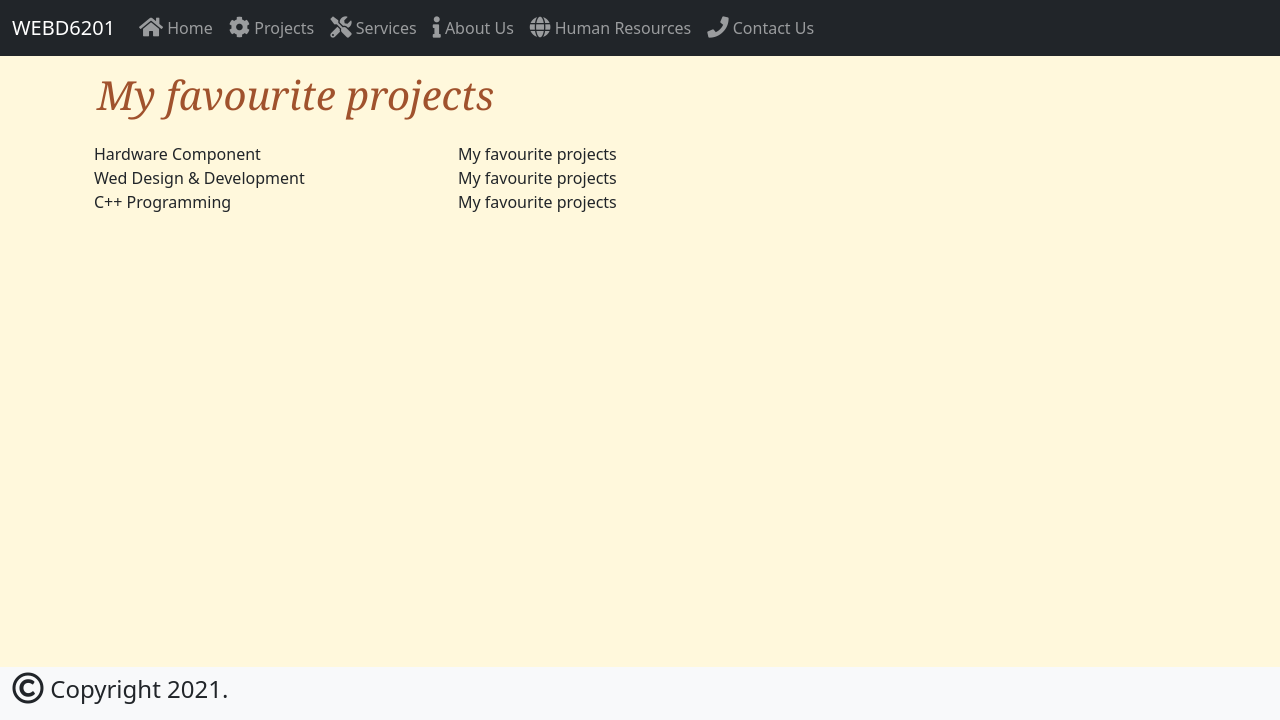
Repository: YiuWingLau/WEBD6201-W2021-Lab1
Page: projects.html
These files come from the project's save history. The page is drawn as it stood at one moment and after the next save; the edit follows.
The browser window is 1280 px wide. The pictures show the whole page.

Above is the page before, as saved 2021-02-04 20:40:31.

### projects.html
<!DOCTYPE html>
<html lang="en">
<head>
    <meta charset="UTF-8">
    <meta name="viewport" content="width=device-width, initial-scale=1.0">
    <title>Projects</title>

    <!--CSS Section -->
    <link rel="stylesheet" href="./node_modules/bootstrap/dist/css/bootstrap.min.css">
    <link rel="stylesheet" href="./node_modules/@fortawesome//fontawesome-free/css/all.min.css">
    <link rel="stylesheet" href="./Content/app.css">
</head>
<body>
    <!-- Main Header-->
    <header>
      <!-- Main Navigation-->
      <nav class="navbar navbar-expand-lg navbar-dark bg-dark">
          <div class="container-fluid">
            <a class="navbar-brand" href="index.html">WEBD6201</a>
            <button class="navbar-toggler" type="button" data-bs-toggle="collapse" data-bs-target="#navbarSupportedContent" aria-controls="navbarSupportedContent" aria-expanded="false" aria-label="Toggle navigation">
              <span class="navbar-toggler-icon"></span>
            </button>
            <div class="collapse navbar-collapse" id="navbarSupportedContent">
              <ul class="navbar-nav me-auto mb-2 mb-lg-0">

                <li id="navBarIndex" class="nav-item">
                  <a class="nav-link" aria-current="page" href="index.html"><i class="fas fa-home fa-lg"></i> Home</a>
                </li>

                <li id="navBarProjects" class="nav-item">
                  <a class="nav-link active" aria-current="page" href="products.html"><i class="fas fa-cog fa-lg"></i> Products</a>
                </li>

                <li id="navBarServices" class="nav-item">
                  <a class="nav-link" aria-current="page" href="services.html"><i class="fas fa-tools fa-lg"></i> Services</a>
                </li>

                <li id="navBarAboutUs" class="nav-item">
                  <a class="nav-link" aria-current="page" href="about.html"><i class="fas fa-info fa-lg"></i> About Us</a>
                </li>

                <li id="navBarContactUs" class="nav-item">
                  <a class="nav-link" aria-current="page" href="contact.html"><i class="fas fa-phone fa-lg"></i> Contact Us</a>
                </li>

              </ul>
            </div>
          </div>
      </nav>
    </header>
    <!-- Main Content -->
    <main class="container">
    </main>

    <!-- Main Footer -->
    <footer>
        <nav class="navbar fixed-bottom navbar-light bg-light">
            <div class="container-fluid">
              <h4><i class="far fa-copyright fa-lg"></i> Copyright 2021.</a></h4>
            </div>
        </nav>
    </footer>
    <!-- JavaScript Section -->
    <script src="./node_modules/jquery/dist/jquery.min.js"></script>
    <script src="./node_modules/bootstrap/dist/js/bootstrap.bundle.min.js"></script>
    <script src="./Scripts/app.js"></script>
</body>
</html>

### Content/app.css
h1 {
    padding: 15px;
    color: sienna;
    font-family: Cambria, Cochin, Georgia, Times, 'Times New Roman', serif;
    font-style: italic;
}

p {
    padding: 15px;
    color: blue;
    font-family:Cambria, Cochin, Georgia, Times, 'Times New Roman', serif;
    font-style: italic;
    font-size: 25px;
    text-align: justify;
}

body {
    background-color: cornsilk;
}

#homePicture {
    width: 1000px;
    height: 600px;
}

### Scripts/app.js
/* custom JavaScript goes here */

//IIFE - Immediately Invoked Function Expression
//AKA - Anonymous Self-Executing Function
//Closure - limits scope leak

"use strict";

(function()
{
    function displayHome()
    {
      // create heading element
      let homeHeading = document.createElement("h1");
      // configure the element
      homeHeading.setAttribute("id", "homeHeading");
      homeHeading.textContent = "Welcome to WEBD6201";
      // select the parent element
      let mainContent = document.getElementsByTagName("main")[0];
      // Add / Insert the element
      mainContent.appendChild(homeHeading);

      // inject the background image to the home pageinject the background image to the home page
        let myhomebackground = document.createElement("img");
        myhomebackground.setAttribute("id", "homePicture");
        myhomebackground.setAttribute("src", "./images/homepagebackground.jpg");
        myhomebackground.setAttribute("alt", "Computer Programmer");
        mainContent.appendChild(myhomebackground);

        // inject the first paragraph to the home page
        let newParagraph = document.createElement("p");
        newParagraph.setAttribute("id", "paragraphTwo");
        newParagraph.textContent = "We provide the best programming service for you...";
        mainContent.appendChild(newParagraph);
    }

    function displayAbout()
    {
        //create new element Human Resources
        let myPicture = document.createElement("img");
        myPicture.setAttribute("id", "myImage");
        myPicture.setAttribute("src", "./images/img_me.jpg");
        myPicture.setAttribute("alt", "Nelson Lau");
        myPicture.setAttribute("width", "192");
        myPicture.setAttribute("height", "108");

        // Step 1. document.createElement
        let ParagraphOne = document.createElement("p");
        // Step 2. configure the element
        ParagraphOne.setAttribute("id", "myIntroduction");
        ParagraphOne.textContent = "Here are my favourite projects.";
        // Step 3. select the parent element
        let mainContent = document.getElementsByTagName("main")[0];
        mainContent.appendChild(myPicture);
        // Step 4. Add / Insert the element
        mainContent.appendChild(ParagraphOne);
        ParagraphOne.className = "fs-lg";

    }

    function displayProjects()
    {
      // create and add heading to Projects page
      let projectHeading = document.createElement("h1");
      projectHeading.setAttribute("id", "projectHeading");
      projectHeading.textContent = " My favourite projects";
      let mainContent = document.getElementsByTagName("main")[0];
      mainContent.appendChild(projectHeading);


      // create favorite projects element div tag
      let project = document.createElement("div");
      project.setAttribute("class", "container");
      project.setAttribute("id", "project");
      mainContent.appendChild(project);

      // create & insert 1st favorite project detail
      let projectOne = document.createElement("div");
      projectOne.setAttribute("class", "row");
      projectOne.setAttribute("id", "projectOne");
      projectOne.innerHTML = `<div class="row"><div class="col-4"> Hardware Component</div><div class="col-8"> My favourite projects</div></div>`;
      project.appendChild(projectOne);

      // create & insert 2nd favorite project detail
      let projectTwo = document.createElement("div");
      projectTwo.setAttribute("class", "row");
      projectTwo.setAttribute("id", "projectTwo");
      projectTwo.innerHTML = `<div class="row"><div class="col-4"> Wed Design & Development</div><div class="col-8"> My favourite projects</div></div>`;
      project.appendChild(projectTwo);

      // create & insert 2nd favorite project detail
      let projectThree = document.createElement("div");
      projectThree.setAttribute("class", "row");
      projectThree.setAttribute("id", "projectThree");
      projectThree.innerHTML = `<div class="row"><div class="col-4"> C++ Programming</div><div class="col-8"> My favourite projects</div></div>`;
      project.appendChild(projectThree);
    }

    function displayHumanResources()
    {

    }

    function displayServices()
    {

        // another way of injecting content
        let paragraphDiv = document.createElement("div");
        let paragraphThree = `<p id="paragraphThree" class="fs-7 fw-bold">And this is the Third Paragraph</p>`;
        paragraphDiv.innerHTML = paragraphThree;

        // insertions

        // example of inserting before a node
        // newParagraph.before(paragraphDiv);

        // example of inserting after a node
        newParagraph.after(paragraphDiv);

        // deletions

        // example of removing a single element
        //paragraphOneElement.remove();

        // example of removeChild
       // mainContent.removeChild(paragraphOneElement);
        // update / modification
        //mainContent.firstElementChild.textContent = "Welcome Home!";
    }

    function displayContact()
    {
        let messageArea = document.getElementById("messageArea");
        messageArea.hidden = true;

        // form validation
        let fullName = document.getElementById("fullName");
        fullName.addEventListener("blur", function() {
            if(fullName.value.length < 2)
            {
                fullName.focus();
                fullName.select();
                messageArea.hidden = false;
                messageArea.className = "alert alert-danger";
                messageArea.textContent = "Please enter an appropriate Name";
            }
            else
            {
                messageArea.removeAttribute("class");
                messageArea.hidden = true;
            }
        });

        let sendButton = document.getElementById("sendButton");
        sendButton.addEventListener("click", function(event){
            //event.preventDefault();

            let contact = new Contact(fullName.value, contactNumber.value, emailAddress.value);

            if(contact.serialize())
            {
              localStorage.setItem((localStorage.length + 1).toString(), contact.serialize());
            }

        });
    }

    function displayContactList()
    {
      if (localStorage.length > 0)
      {
        let contactList = document.getElementById("contactList");

        let data = "";

        for (let index = 0; index < localStorage.length; index++)
        {
          let contactData = localStorage.getItem((index + 1).toString());

          let contact = new Contact();
          contact.deserialize(contactData);

          data += `<tr>
          <th scope="row">${index + 1}</th>
          <td>${contact.FullName}</td>
          <td>${contact.ContactNumber}</td>
          <td>${contact.EmailAddress}</td>
        </tr>`;
        }

        contactList.innerHTML = data;
      }
    }

    // function to correct the wrong link and text content in navigation bar
    function changeNavBarName()
    {
        let navName = document.getElementById("navBarProjects");
        navName.innerHTML = `<a class='nav-link' aria-current='page' href='projects.html'><i class="fas fa-cog fa-lg"></i> Projects</a>`;
    }

    // function to add Human Resource element to Nav Bar between About Us and Contact Us
    function addNewNavBarElement()
    {
        //create new element Human Resources
        let newListElement = document.createElement("li");
        newListElement.setAttribute("id", "navBarHumanResources");
        newListElement.setAttribute("class", "nav-item");
        newListElement.innerHTML = `<a class='nav-link' aria-current='page' href='Human-Resources.html'><i class="fas fa-globe fa-lg"></i> Human Resources</a>`;
        // append new element after About Us
        let aboutUsListElement = document.getElementById("navBarAboutUs");
        aboutUsListElement.after(newListElement);
    }

    function Start()
    {
        console.log("App Started...");

        changeNavBarName();

        addNewNavBarElement();

        switch (document.title)
        {
          case "Home":
              displayHome();
            break;
          case "About":
              displayAbout();
            break;
          case "Projects":
              displayProjects();
            break;
          case "Human Resources":
              displayHumanResources();
            break;
          case "Services":
              displayServices();
            break;
          case "Contact":
              displayContact();
            break;
          case "Contact-List":
            displayContactList();
          break;
        }

    }

    window.addEventListener("load", Start);

})();

Loaded but not shown: node_modules/bootstrap/dist/css/bootstrap.min.css (library); node_modules/@fortawesome/fontawesome-free/css/all.min.css (library); node_modules/jquery/dist/jquery.min.js (library); node_modules/bootstrap/dist/js/bootstrap.bundle.min.js (library)

After the next save:
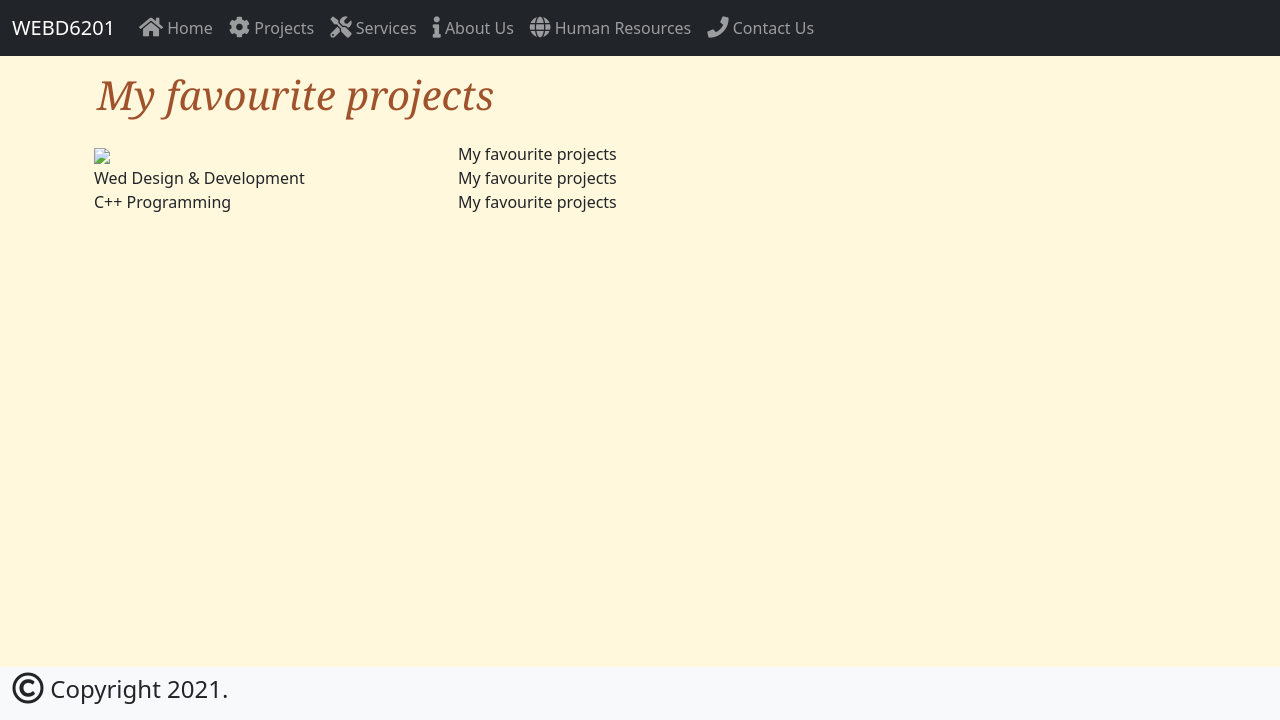
Not found: images/hardware.jpg alt=
Saved 3 min 55 s later.
--- a/Scripts/app.js
+++ b/Scripts/app.js
@@ -78,7 +78,7 @@
       let projectOne = document.createElement("div");
       projectOne.setAttribute("class", "row");
       projectOne.setAttribute("id", "projectOne");
-      projectOne.innerHTML = `<div class="row"><div class="col-4"> Hardware Component</div><div class="col-8"> My favourite projects</div></div>`;
+      projectOne.innerHTML = `<div class="row"><div class="col-4"><img id="favHardware" src="./images/hardware.jpg alt="Hardware Compontent"></div><div class="col-8"> My favourite projects</div></div>`;
       project.appendChild(projectOne);
 
       // create & insert 2nd favorite project detail
